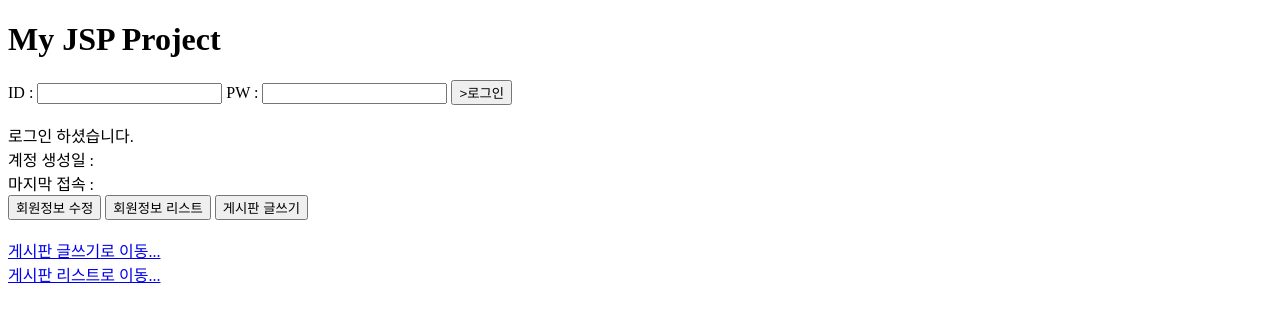
Repository: Leesunghoon1/paging
Page: http://localhost/jsp_project/index.jsp
An editor plug-in stored every save of this project. The page is shown before and after the next save, followed by the edit.
The browser window is 1280 px wide. The pictures show the whole page.
The page is served by Tomcat 9. Other server files are loaded and not shown. The template is opened directly, without the code that normally fills it, so the values that code supplies are empty.

Above is the page before, as saved 2023-09-13 09:06:21.

### jsp_project/src/main/webapp/index.jsp
<%@ page language="java" contentType="text/html; charset=UTF-8"
    pageEncoding="UTF-8"%>
<!DOCTYPE html>
<html>
<head>
<meta charset="UTF-8">
<title>Insert title here</title>
</head>
<body>
<h1>My JSP Project</h1>

		<form action="/mem/login" method="post">
		ID : <input type="text" name="id">
		PW : <input type="text" name="pw">
		<button type="submit">>로그인</button>
		</form>
		<br>
		<div>
		<c:if test="${ses.id ne null }"> <!-- 널이 아니면 ne 맞으면 eq -->
		${ses.id } 로그인 하셨습니다.<br>
		계정 생성일 : ${ses.regdate }<br>
		마지막 접속 : ${ses.lastlogin }<br>
					<a href="/mem/modify"><button>회원정보 수정</button></a>
					<a href="/mem/list"><button>회원정보 리스트</button></a>
					<a href="/board/register.jsp"><button>게시판 글쓰기</button></a>
		</c:if>
		</div>
		<br>
		<a href="/brd/register">게시판 글쓰기로 이동...</a>
		<br>
		<a href="/brd/list">게시판 리스트로 이동...</a>


<!-- 이해불가 -->
	<script type="text/javascript">
		const msg_login = `<c:out value="${msg_login}" />`;
		console.log(msg_login);
		if (msg_login === '0') {
			alert("로그인 정보가 일치하지 않습니다.");
		}
	</script>


</body>
</html>

After the next save:
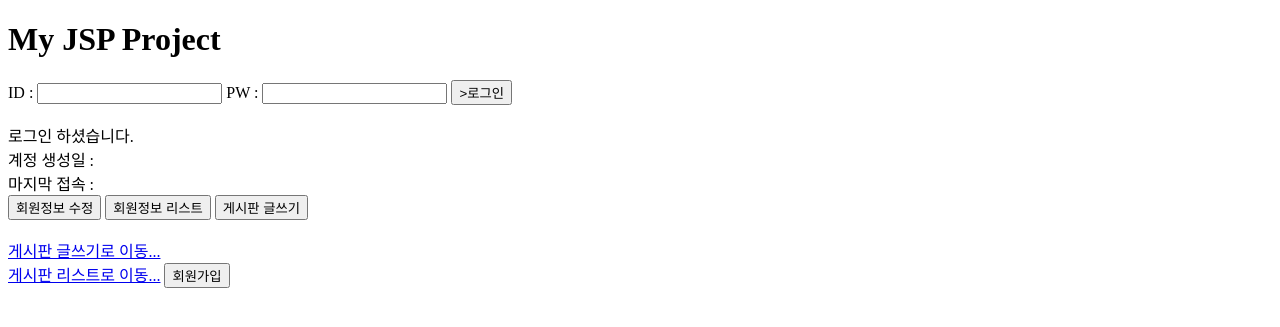
Saved 2 min 0 s later.
--- a/jsp_project/src/main/webapp/index.jsp
+++ b/jsp_project/src/main/webapp/index.jsp
@@ -39,6 +39,8 @@
 			alert("로그인 정보가 일치하지 않습니다.");
 		}
 	</script>
+	<a href="/mem/join"><button>회원가입</button></a>
+	<br>
 
 
 </body>
